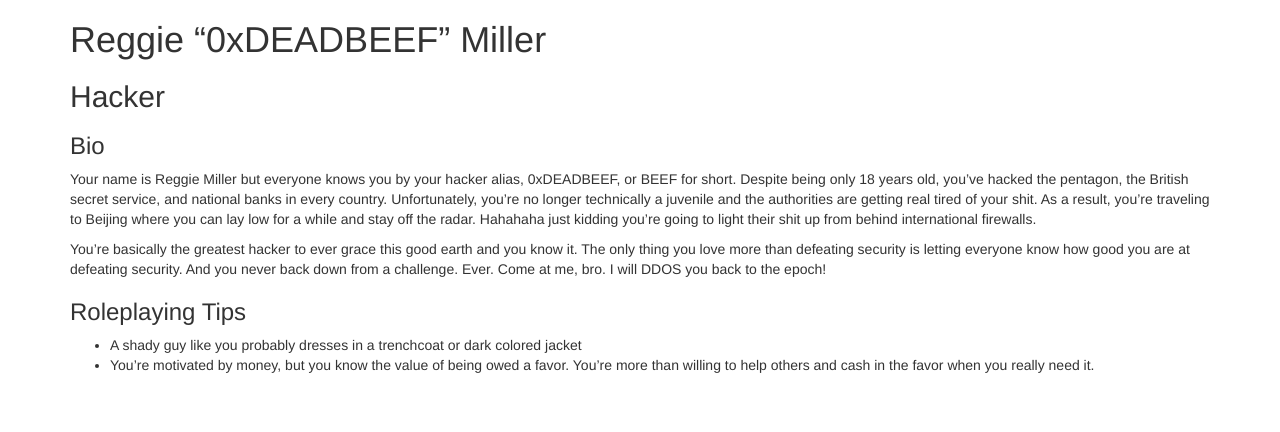
Repository: adleong/train-mystery
Page: hacker/index.html
The author's editor kept a record of every edit. The page is drawn from the files as they stood at one moment, then again after the next edit.
The browser window is 1280 px wide. The pictures show the whole page.

Above is the page before.

### hacker/index.html
<!DOCTYPE html>
<!-- /hacker/ -->
<html lang="en">
  <head>
    <meta charset="utf-8">
    <meta http-equiv="X-UA-Compatible" content="IE=edge">
    <meta name="viewport" content="width=device-width, initial-scale=1">
    <!-- The above 3 meta tags *must* come first in the head; any other head content must come *after* these tags -->
    <title>Intro</title>

    <!-- Bootstrap -->
    <link href="../css/bootstrap.min.css" rel="stylesheet">

    <!-- Latest compiled and minified JavaScript -->
    <script src="../js/jquery-2.1.4.min.js"></script>
    <script src="../js/bootstrap.min.js"></script>

    <!-- HTML5 shim and Respond.js for IE8 support of HTML5 elements and media queries -->
    <!-- WARNING: Respond.js doesn't work if you view the page via file:// -->
    <!--[if lt IE 9]>
      <script src="https://oss.maxcdn.com/html5shiv/3.7.2/html5shiv.min.js"></script>
      <script src="https://oss.maxcdn.com/respond/1.4.2/respond.min.js"></script>
    <![endif]-->

    <div class="container">
    <h1>Reggie “0xDEADBEEF” Miller</h1>
<h2>Hacker</h2>
<h3>Bio</h3>
<p>
Your name is Reggie Miller but everyone knows you by your hacker alias, 0xDEADBEEF, or BEEF for short.  Despite being only 18 years old, you’ve hacked the pentagon, the British secret service, and national banks in every country.  Unfortunately, you’re no longer technically a juvenile and the authorities are getting real tired of your shit.  As a result, you’re traveling to Beijing where you can lay low for a while and stay off the radar.  Hahahaha just kidding you’re going to light their shit up from behind international firewalls.
</p>
<p>
You’re basically the greatest hacker to ever grace this good earth and you know it.  The only thing you love more than defeating security is letting everyone know how good you are at defeating security.  And you never back down from a challenge.  Ever.  Come at me, bro.  I will DDOS you back to the epoch!
</p>

<h3>Roleplaying Tips</h3>

<ul>
    <li>A shady guy like you probably dresses in a trenchcoat or dark colored jacket
</li>
<li>You’re motivated by money, but you know the value of being owed a favor.  You’re more than willing to help others and cash in the favor when you really need it.
</li>
</ul>


</div>
 </head>
</html>

Loaded but not shown: css/bootstrap.min.css (library); js/jquery-2.1.4.min.js (library); js/bootstrap.min.js (library)

After the next edit:
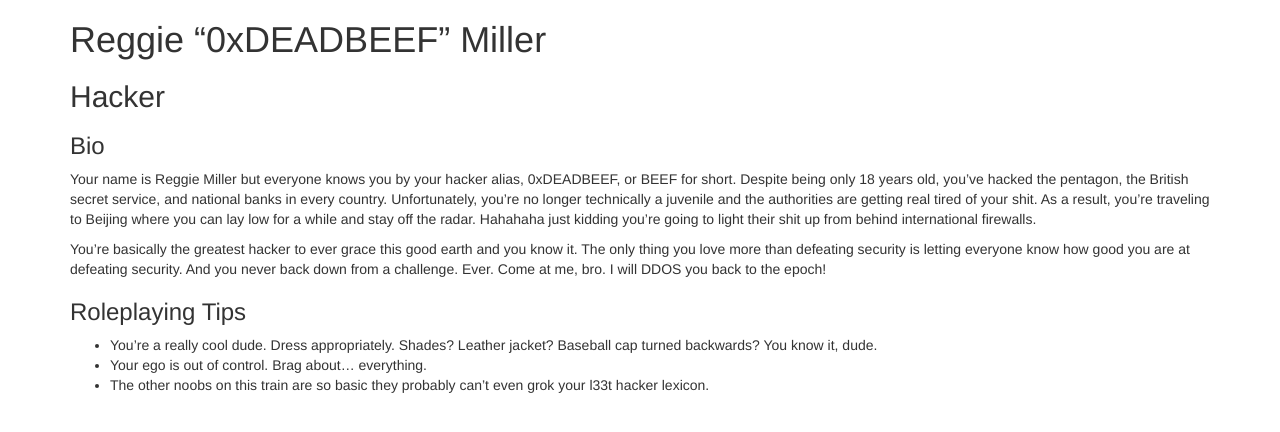
The edit:
--- a/hacker/index.html
+++ b/hacker/index.html
@@ -36,10 +36,10 @@
 <h3>Roleplaying Tips</h3>
 
 <ul>
-    <li>A shady guy like you probably dresses in a trenchcoat or dark colored jacket
+    <li>You’re a really cool dude.  Dress appropriately.  Shades? Leather jacket? Baseball cap turned backwards?  You know it, dude.
 </li>
-<li>You’re motivated by money, but you know the value of being owed a favor.  You’re more than willing to help others and cash in the favor when you really need it.
-</li>
+<li>Your ego is out of control.  Brag about… everything.</li>
+<li>The other noobs on this train are so basic they probably can’t even grok your l33t hacker lexicon.</li>
 </ul>
 
 
